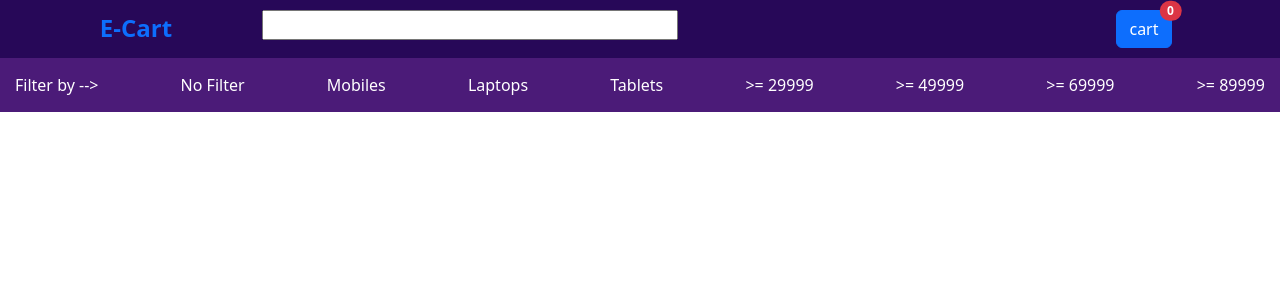
Repository: AMIT1439027/React-ECommerce-cart
Page: /cart
The author's editor kept a copy of each file at every save. The page is drawn from the files as they stood at one save, then again after a run of saves.
The browser window is 1280 px wide. The pictures show the whole page.
The project was rebuilt for these pictures with package versions that can differ from the ones it lists, and the page was loaded fresh each time. Also part of the build but not shown: vite.config.js, src/components/Product.jsx, src/components/ProductDetail.jsx, src/components/Searchitem.jsx.

Above is the page before, as saved 2024-03-14 10:43:38.

### index.html
<!doctype html>
<html lang="en">
  <head>
    <meta charset="UTF-8" />
    <link rel="icon" type="image/svg+xml" href="/vite.svg" />
    <meta name="viewport" content="width=device-width, initial-scale=1.0" />
    <title>React E-Cart</title>
    <link href="https://cdn.jsdelivr.net/npm/bootstrap@5.3.3/dist/css/bootstrap.min.css" rel="stylesheet" integrity="sha384-QWTKZyjpPEjISv5WaRU9OFeRpok6YctnYmDr5pNlyT2bRjXh0JMhjY6hW+ALEwIH" crossorigin="anonymous">
  </head>
  <body>
    <div id="root"></div>
    <script type="module" src="/src/main.jsx"></script>
  </body>
</html>

### src/App.jsx
import React, { useState } from "react";
import { BrowserRouter as Router, Routes, Route } from "react-router-dom";
import Navbar from "./components/Navbar";
import Product from "./components/Product";
import ProductDetail from "./components/ProductDetail";
import Searchitem from "./components/Searchitem";
import Cart from "./components/Cart";
import { items } from "./components/Data";

const App = () => {
  const [data, setData] = useState([...items]);
  const [cart, setCart] = useState([]);
  return (
    <>
      <Router>
        <Navbar cart={cart} setData={setData} />
        <Routes>
          <Route
            path="/"
            element={<Product cart={cart} setCart={setCart} items={data} />}
          />
          <Route path="/cart" element={<Cart cart={cart} setCart={setCart} />} />
          {/* Dynamic Routes  */}
          <Route path="/product/:id" element={<ProductDetail />} />
          <Route path="/search/:term" element={<Searchitem />} />
        </Routes>
      </Router>
    </>
  );
};

export default App;

### src/index.css
.nav-bar{
    display: flex;
    justify-content: space-between;
    background-color: #270858;
    padding: 10px;

    color: white;
}
.brand{
    font-weight: bolder;
    width: 20%;
    text-align: center;
    font-size: 1.5rem;
    text-decoration: none;
}

.search-bar{
    width: 60%;

}
.search-bar input{
    width: 55%;
    /* text-align: center; */
}

input::placeholder{
    padding: 10px;
    font-weight: bold;
}
.cart{
    width: 20%;
    text-align: center;
    font-weight: 1.5rem;
    text-decoration: none;
    color:white;
}
.nav-bar-wrapper{
    display: flex;
    justify-content: space-between;
    padding: 15px;
    background-color:#4b1b78;
    color:white

    /* font-weight: bold; */
}

.img{
    display: flex;
    justify-content: center;
    align-items:center ;

}

.img img{
    width: 350px;
    height: 350px;
}

.con{
    display: flex;
    justify-content: center;
    align-items:center;
    gap:4rem;

}

### src/components/Navbar.jsx
import React, { useState } from "react";
import { Link, useNavigate } from "react-router-dom";
import { items } from "./Data";

const Navbar = ({ setData , cart}) => {
 const [searchTerm, setSearchTerm] = useState(" ")
 const navigate = useNavigate();

  const filterByCategory = (category) => {
    const element = items.filter((product) => product.category === category);
    setData(element);
  };

  const filterByPrice = (price) =>{
    const element = items.filter((product)=>product.price >= price)
    setData(element)
  }

  const  handleSubmit = (e)=>{
    e.preventDefault();
    navigate(`/search/${searchTerm}`)
    setSearchTerm("")
  }
  return (
    <>
      <header className="sticky-top">
        <div className="nav-bar">
          <Link to={"/"} className="brand">
            E-Cart
          </Link>
          <form
          // onClick={handleSubmit}
          onSubmit={handleSubmit}
          className="search-bar">

            <input
            value={searchTerm}
            onChange={(e)=>setSearchTerm(e.target.value)}
            type="text"
            placeholder="Search Products"
            />
          </form>
          <Link to={"/cart"} className="cart">
          <button type="button" className="btn btn-primary position-relative">
 cart
  <span className="position-absolute top-0 start-100 translate-middle badge rounded-pill bg-danger">
    {cart.length}
    <span className="visually-hidden">unread messages</span>
  </span>
</button>
          </Link>
        </div>

        <div className="nav-bar-wrapper">
          <div className="items">Filter by -{"->"}</div>
          <div onClick={()=>setData(items)}
           className="items">No Filter</div>

          <div onClick={() => filterByCategory("mobiles")} className="items">
            Mobiles
          </div>
          <div onClick={() => filterByCategory("laptops")}
           className="items">Laptops</div>
          <div  onClick={() => filterByCategory("tablets")}
          className="items">Tablets</div>

          <div  onClick={()=>filterByPrice(29999)}
          className="items">{">="} 29999</div>
          <div onClick={()=>filterByPrice(49999)}
          className="items">{">="} 49999</div>
          <div onClick={()=>filterByPrice(69999)}
          className="items">{">="} 69999</div>
          <div onClick={()=>filterByPrice(89999)}
          className="items">{">="} 89999</div>
        </div>
      </header>
    </>
  );
};

export default Navbar;

### src/components/Cart.jsx
import React from "react";

const Cart = ({ cart, setCart }) => {
  return (
    <>
      <div className="container my-5" style={{ width: "54%" }}>
        {
        cart.length==0?(
           <>
           <div className="text-center">
             <h1></h1>

           </div>
           </>
        ):
        cart.map((product) => {
          return (
            <>
              <div className="card mb-3 my-5" style={{ width: "700px" }}>
                <div className="row g-0">
                  <div className="col-md-4">
                    <img
                      src={product.imgSrc}
                      className="img-fluid rounded-start"
                      alt="..."
                    />
                  </div>
                  <div className="col-md-8">
                    <div className="card-body text-center ">
                      <h5 className="card-title">{product.title}</h5>
                      <p className="card-text">{product.description}</p>
                      <button className="btn btn-primary mx-3">
                        {product.price} ₹
                      </button>
                      <button className="btn btn-warning">Buy Now</button>
                    </div>
                  </div>
                </div>
              </div>
            </>
          );
        })}
      </div>
    </>
  );
};

export default Cart;

### src/components/Data.jsx
export const items =  [
    {
      id: 1,
      category: 'mobiles',
      title: "Apple iPhone 14",
      imgSrc: 'https://m.media-amazon.com/images/I/71xb2xkN5qL._SL1500_.jpg',
      amazonLink: 'https://amzn.to/3PuckZp',
      description: 'Apple iPhone 14 (128 GB) - Blue',
      price: '89999',
    },
    {
      id: 5,
      category: 'laptops',
      title: "Xiaomi [Smartchoice] Notebookpro",
      imgSrc: 'https://m.media-amazon.com/images/I/71TPda7cwUL._SL1500_.jpg',
      amazonLink: 'https://amzn.to/3EzeQaC',
      description: 'Xiaomi [Smartchoice] Notebookpro ',
      price: '49999',
    },
    {
      id: 7,
      category: 'tablets',
      title: "Xiaomi Pad 6",
      imgSrc: 'https://m.media-amazon.com/images/I/51b9LjzmPCL._SL1080_.jpg',
      amazonLink: 'https://amzn.to/3ZeNRdY',
      description: 'Xiaomi Pad 6| Qualcomm Snapdragon 870| ',
      price: '29999',
    },
    {
      id: 2,
      category: 'mobiles',
      title: "Apple iPhone 11",
      imgSrc: 'https://m.media-amazon.com/images/I/71xb2xkN5qL._SL1500_.jpg',
      amazonLink: 'https://amzn.to/44MiYi6',
      description: 'Apple iPhone 11 (64GB) - White',
      price: '79999',
    },
    {
      id: 6,
      category: 'tablets',
      title: "Lenovo Tab P12 Pro AMOLED",
      imgSrc: 'https://m.media-amazon.com/images/I/51b9LjzmPCL._SL1080_.jpg',
      amazonLink: 'https://amzn.to/3RabsdH',
      description: 'Lenovo Tab P12 Pro AMOLED (12.6 inch (32 cm), 8 GB, 256 GB, Wi-fi Only), Storm Grey with Precision Pen 3',
      price: '19999',
    },
    {
      id: 3,
      category: 'mobiles',
      title: "Apple iPhone 13",
      imgSrc: 'https://m.media-amazon.com/images/I/71xb2xkN5qL._SL1500_.jpg',
      amazonLink: 'https://amzn.to/3r6XJtv',
      description: 'Apple iPhone 13 (128GB) - Blue',
      price: '69999',
    },
    {
      id: 4,
      category: 'laptops',
      title: "Lenovo IdeaPad Slim 5 ",
      imgSrc: 'https://m.media-amazon.com/images/I/71TPda7cwUL._SL1500_.jpg',
      amazonLink: 'https://amzn.to/44JsK4r',
      description: 'Lenovo IdeaPad Slim 5 Intel Core i5 12450H 14" (35.5cm) ',
      price: '29999',
    },
    {
      id: 9,
      category: 'tablets',
      title: "Samsung Galaxy Tab A8",
      imgSrc: 'https://m.media-amazon.com/images/I/51b9LjzmPCL._SL1080_.jpg',
      amazonLink: 'https://amzn.to/3Pdsh4F',
      description: 'Samsung Galaxy Tab A8 26.69cm (10.5 inch) Display, RAM 4 GB, ROM 64 GB Expandable, Wi-Fi Tablet, Gray, (SM-X200NZAEINU)',
      price: '49999',
    },
    {
      id: 8,
      category: 'laptops',
      title: "Apple MacBook Air Laptop",
      imgSrc: 'https://m.media-amazon.com/images/I/71TPda7cwUL._SL1500_.jpg',
      amazonLink: 'https://amzn.to/3r9rvhm',
      description: 'Apple MacBook Air Laptop M1 chip, 13.3-inch/33.74 cm Retina Display, ',
      price: '89999',
    },


  ]

Loaded but not shown: src/main.jsx (common file)

After the next 3 saves:
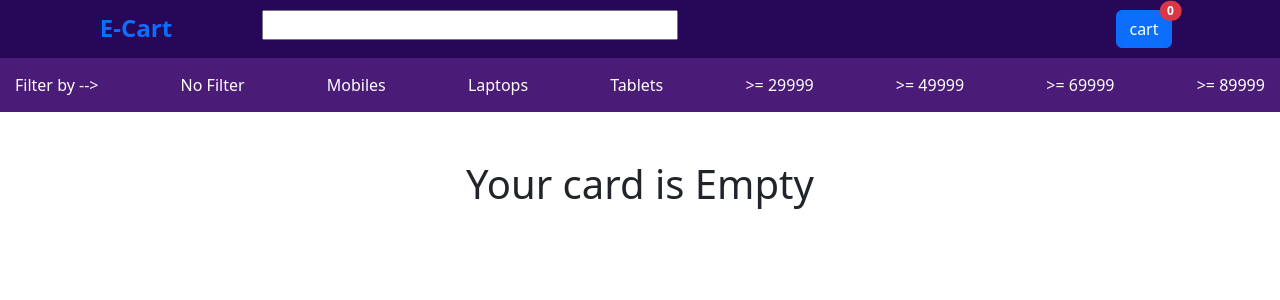
The 3 saves are shown as one change because they came seconds apart.
The last was saved 10 s later.
--- a/src/components/Cart.jsx
+++ b/src/components/Cart.jsx
@@ -8,7 +8,7 @@ const Cart = ({ cart, setCart }) => {
         cart.length==0?(
            <>
            <div className="text-center">
-             <h1></h1>
+             <h1>Your card is Empty</h1>
 
            </div>
            </>
